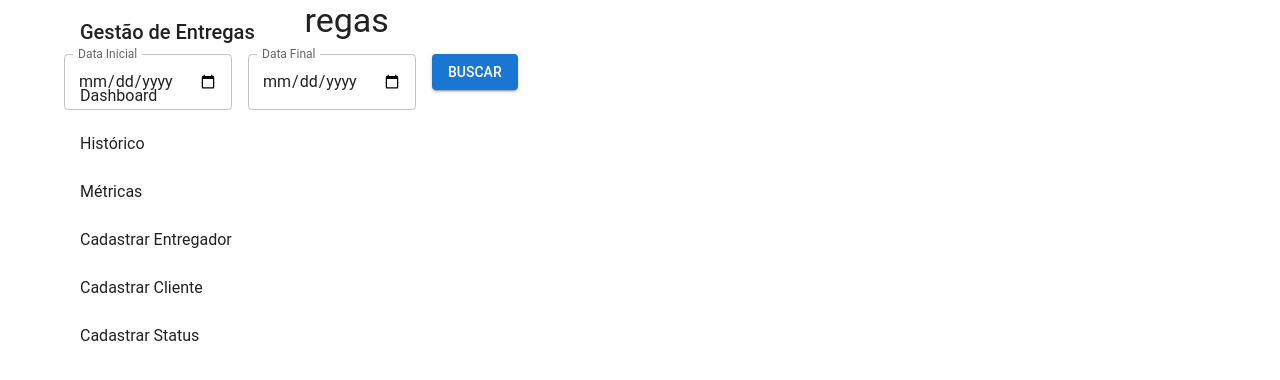
Repository: feliperanon/mobilegestao
Page: /history (app in frontend/)
These files come from the project's save history. The page is drawn as it stood at one moment and after the next save; the edit follows.
The browser window is 1280 px wide. The pictures show the whole page.
The page's requests for data from a server got no answer. The project was rebuilt for these pictures with package versions that can differ from the ones it lists, and the page was loaded fresh each time. No one was signed in, and anything a server would have sent is missing. Also part of the build but not shown: frontend/webpack.config.js, frontend/src/pages/Home.js, frontend/src/pages/Analysis.js, frontend/src/components/Dashboard.js, frontend/src/components/Login.js, frontend/src/components/Register.js, frontend/src/components/AddEntregador.js, frontend/src/components/AddCliente.js and 2 more.

Above is the page before, as saved 2024-07-20 20:09:45.

### frontend/public/index.html
<!-- frontend/public/index.html -->

<!DOCTYPE html>
<html lang="en">
<head>
    <meta charset="UTF-8">
    <meta name="viewport" content="width=device-width, initial-scale=1.0">
    <title>Mobile Gestão</title>
</head>
<body>
    <div id="root"></div>
</body>
</html>

### frontend/src/index.js
import React from 'react';
import { createRoot } from 'react-dom/client';
import { BrowserRouter as Router, Route, Routes } from 'react-router-dom';
import { ThemeProvider, createTheme } from '@mui/material/styles';
import CssBaseline from '@mui/material/CssBaseline';
import Home from './pages/Home';
import History from './pages/History';
import Analysis from './pages/Analysis';
import Dashboard from './components/Dashboard';
import Login from './components/Login';
import Register from './components/Register';
import AddEntregador from './components/AddEntregador';
import AddCliente from './components/AddCliente';
import AddStatus from './components/AddStatus';
import Metrics from './components/Metrics';

const theme = createTheme({
  palette: {
    primary: {
      main: '#1976d2',
    },
    secondary: {
      main: '#dc004e',
    },
  },
  typography: {
    fontFamily: 'Roboto, Arial, sans-serif',
  },
});

const container = document.getElementById('root');
const root = createRoot(container);

root.render(
  <ThemeProvider theme={theme}>
    <CssBaseline />
    <Router>
      <Routes>
        <Route path="/" element={<Home />} />
        <Route path="/login" element={<Login />} />
        <Route path="/register" element={<Register />} />
        <Route path="/dashboard" element={<Dashboard />} />
        <Route path="/history" element={<History />} />
        <Route path="/analysis" element={<Analysis />} />
        <Route path="/metrics" element={<Metrics />} />
        <Route path="/add-entregador" element={<AddEntregador />} />
        <Route path="/add-cliente" element={<AddCliente />} />
        <Route path="/add-status" element={<AddStatus />} />
      </Routes>
    </Router>
  </ThemeProvider>
);

### frontend/src/pages/History.js
// frontend/src/pages/History.js

import React, { useState, useEffect } from 'react';
import axios from 'axios';
import Navigation from '../components/Navigation';
import { Container, Typography, Box, Table, TableBody, TableCell, TableContainer, TableHead, TableRow, Paper, TextField, Button } from '@mui/material';

const History = () => {
  const [history, setHistory] = useState([]);
  const [startDate, setStartDate] = useState('');
  const [endDate, setEndDate] = useState('');

  useEffect(() => {
    const fetchHistory = async () => {
      try {
        const result = await axios.get('http://localhost:5008/api/deliveries/history');
        setHistory(result.data);
      } catch (err) {
        console.error('Erro ao buscar histórico', err);
      }
    };
    fetchHistory();
  }, []);

  const handleSearch = async () => {
    try {
      const result = await axios.get('http://localhost:5008/api/deliveries/history', {
        params: { startDate, endDate }
      });
      setHistory(result.data);
    } catch (err) {
      console.error('Erro ao buscar histórico', err);
    }
  };

  return (
    <Container>
      <Navigation />
      <Typography variant="h4" component="h1" gutterBottom>
        Histórico de Entregas
      </Typography>
      <Box sx={{ mb: 4 }}>
        <TextField
          label="Data Inicial"
          type="date"
          value={startDate}
          onChange={(e) => setStartDate(e.target.value)}
          InputLabelProps={{ shrink: true }}
          sx={{ mr: 2 }}
        />
        <TextField
          label="Data Final"
          type="date"
          value={endDate}
          onChange={(e) => setEndDate(e.target.value)}
          InputLabelProps={{ shrink: true }}
          sx={{ mr: 2 }}
        />
        <Button variant="contained" color="primary" onClick={handleSearch}>
          Buscar
        </Button>
      </Box>
      {history.length > 0 ? (
        <TableContainer component={Paper}>
          <Table>
            <TableHead>
              <TableRow>
                <TableCell>Entregador</TableCell>
                <TableCell>Cliente</TableCell>
                <TableCell>Status</TableCell>
                <TableCell>Volume</TableCell>
                <TableCell>Tempo Decorrido (minutos)</TableCell>
                <TableCell>Iniciado</TableCell>
                <TableCell>Finalizado</TableCell>
              </TableRow>
            </TableHead>
            <TableBody>
              {history.map((item) => (
                <TableRow key={item._id}>
                  <TableCell>{item.entregador}</TableCell>
                  <TableCell>{Array.isArray(item.cliente) ? item.cliente.join(', ') : item.cliente}</TableCell>
                  <TableCell>{item.status}</TableCell>
                  <TableCell>{item.volume}</TableCell>
                  <TableCell>{item.tempoDecorrido}</TableCell>
                  <TableCell>{new Date(item.iniciado).toLocaleString()}</TableCell>
                  <TableCell>{new Date(item.finalizado).toLocaleString()}</TableCell>
                </TableRow>
              ))}
            </TableBody>
          </Table>
        </TableContainer>
      ) : (
        <p>Carregando dados...</p>
      )}
    </Container>
  );
};

export default History;

### frontend/src/components/Navigation.js
import React from 'react';
import { Link } from 'react-router-dom';
import { Box, Typography, List, ListItem, ListItemText } from '@mui/material';

const Navigation = () => {
  return (
    <Box
      sx={{
        width: 240,
        height: '100vh',
        bgcolor: 'background.paper',
        display: 'flex',
        flexDirection: 'column',
        position: 'fixed',
      }}
    >
      <Typography variant="h6" sx={{ m: 2 }}>
        Gestão de Entregas
      </Typography>
      <List component="nav">
        <ListItem button component={Link} to="/dashboard">
          <ListItemText primary="Dashboard" />
        </ListItem>
        <ListItem button component={Link} to="/history">
          <ListItemText primary="Histórico" />
        </ListItem>
        <ListItem button component={Link} to="/metrics">
          <ListItemText primary="Métricas" />
        </ListItem>
        <ListItem button component={Link} to="/add-entregador">
          <ListItemText primary="Cadastrar Entregador" />
        </ListItem>
        <ListItem button component={Link} to="/add-cliente">
          <ListItemText primary="Cadastrar Cliente" />
        </ListItem>
        <ListItem button component={Link} to="/add-status">
          <ListItemText primary="Cadastrar Status" />
        </ListItem>
      </List>
    </Box>
  );
};

export default Navigation;

After the next save:
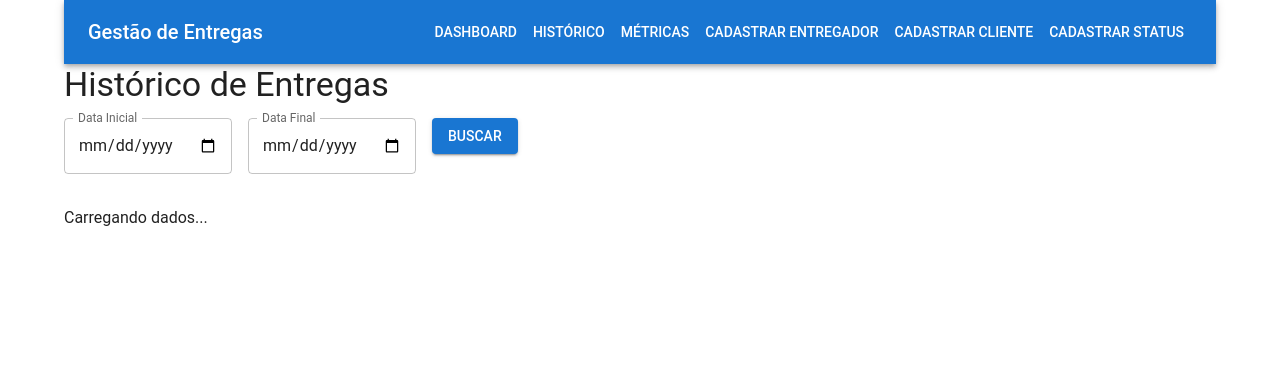
Saved 4 s later.
--- a/frontend/src/components/Navigation.js
+++ b/frontend/src/components/Navigation.js
@@ -1,43 +1,22 @@
 import React from 'react';
 import { Link } from 'react-router-dom';
-import { Box, Typography, List, ListItem, ListItemText } from '@mui/material';
+import { AppBar, Toolbar, Typography, Button } from '@mui/material';
 
 const Navigation = () => {
   return (
-    <Box
-      sx={{
-        width: 240,
-        height: '100vh',
-        bgcolor: 'background.paper',
-        display: 'flex',
-        flexDirection: 'column',
-        position: 'fixed',
-      }}
-    >
-      <Typography variant="h6" sx={{ m: 2 }}>
-        Gestão de Entregas
-      </Typography>
-      <List component="nav">
-        <ListItem button component={Link} to="/dashboard">
-          <ListItemText primary="Dashboard" />
-        </ListItem>
-        <ListItem button component={Link} to="/history">
-          <ListItemText primary="Histórico" />
-        </ListItem>
-        <ListItem button component={Link} to="/metrics">
-          <ListItemText primary="Métricas" />
-        </ListItem>
-        <ListItem button component={Link} to="/add-entregador">
-          <ListItemText primary="Cadastrar Entregador" />
-        </ListItem>
-        <ListItem button component={Link} to="/add-cliente">
-          <ListItemText primary="Cadastrar Cliente" />
-        </ListItem>
-        <ListItem button component={Link} to="/add-status">
-          <ListItemText primary="Cadastrar Status" />
-        </ListItem>
-      </List>
-    </Box>
+    <AppBar position="static">
+      <Toolbar>
+        <Typography variant="h6" sx={{ flexGrow: 1 }}>
+          Gestão de Entregas
+        </Typography>
+        <Button color="inherit" component={Link} to="/dashboard">Dashboard</Button>
+        <Button color="inherit" component={Link} to="/history">Histórico</Button>
+        <Button color="inherit" component={Link} to="/metrics">Métricas</Button>
+        <Button color="inherit" component={Link} to="/add-entregador">Cadastrar Entregador</Button>
+        <Button color="inherit" component={Link} to="/add-cliente">Cadastrar Cliente</Button>
+        <Button color="inherit" component={Link} to="/add-status">Cadastrar Status</Button>
+      </Toolbar>
+    </AppBar>
   );
 };
 
